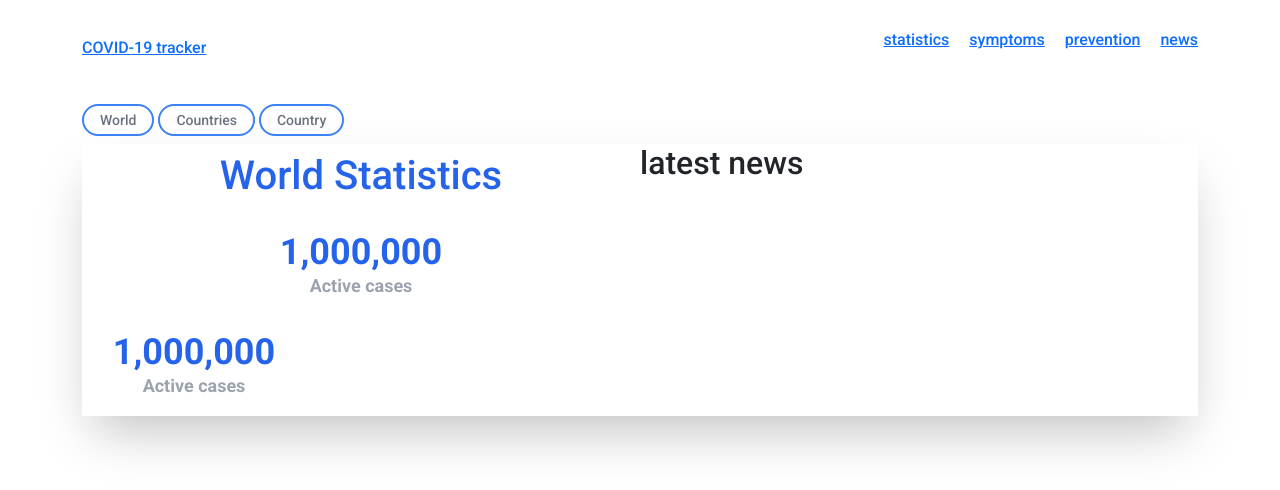
Repository: latenightsnacc/covid-19tracker
Page: design/index.html
These files come from the project's save history. The page is drawn as it stood at one moment and after the next save; the edit follows.
The browser window is 1280 px wide. The pictures show the whole page.
Some web libraries are served in a nearby version.

Above is the page before, as saved 2021-07-22 16:36:57.

### design/index.html
<!DOCTYPE html>
<html lang="en">
<head>
    <meta charset="UTF-8">
    <meta http-equiv="X-UA-Compatible" content="IE=edge">
    <meta name="viewport" content="width=device-width, initial-scale=1.0">
    <!--Tailwind Css-->
    <link href="https://unpkg.com/tailwindcss@^2/dist/tailwind.min.css" rel="stylesheet">
    <!--Bootstrap CSS-->
    <link href="https://cdn.jsdelivr.net/npm/bootstrap@5.0.0-beta3/dist/css/bootstrap.min.css" rel="stylesheet" integrity="sha384-eOJMYsd53ii+scO/bJGFsiCZc+5NDVN2yr8+0RDqr0Ql0h+rP48ckxlpbzKgwra6" crossorigin="anonymous">
    <!--Font Awesome 5 CDN-->
    <link href="https://cdnjs.cloudflare.com/ajax/libs/font-awesome/5.13.0/css/all.min.css" rel="stylesheet">
    <!--Roboto: Google Font-->
    <link rel="preconnect" href="https://fonts.googleapis.com">
<link rel="preconnect" href="https://fonts.gstatic.com" crossorigin>
<link href="https://fonts.googleapis.com/css2?family=Roboto:wght@300;500;700&display=swap" rel="stylesheet">
    <title>COVID-19 Tracker</title>
    <style>
        * {
            font-family: 'Roboto', sans-serif;
        }
        #coco {

            fill: rgb(1, 1, 58);
            stroke: rgb(95, 4, 80);
            stroke-width: 5px;
            animation: virus-spin infinite 20s linear;

        }

        @keyframes virus-spin {
            from {
                /* transform: rotate(0deg); */
                transform: rotateZ(0deg);
            }
            to {
                transform: rotateZ(-360deg);
            }
        }

    </style>
</head>
<body>
    <main class="m-auto">
        <!--Navigation Component-->
        <div class="container">
            <nav class="flex justify-between w-100 items-center h-24">
                <a href="index.html">
                    <div>COVID-19 tracker</div>
                </a>
                <ul class="flex">
                    <li>
                        <a href="">statistics</a>
                    </li>
                    <li class="ml-5">
                        <a href="">symptoms</a>
                    </li>
                    <li class="ml-5">
                        <a href="">prevention</a>
                    </li>
                    <li class="ml-5">
                        <a href="">news</a>
                    </li>
                </ul>
            </nav>
        </div>

        <div class="container">
            <div class="tags py-2">
                <button class="border-2 border-blue-500 px-3 py-1 rounded-2xl text-gray-500 hover:bg-blue-500 hover:text-white text-mute text-sm capitalize">world</button>
                <button class="border-2 border-blue-500 px-3 py-1 rounded-2xl text-gray-500 hover:bg-blue-500 hover:text-white text-mute text-sm capitalize">countries</button>
                <button class="border-2 border-blue-500 px-3 py-1 rounded-2xl text-gray-500 hover:bg-blue-500 hover:text-white text-mute text-sm capitalize">country</button>
            </div>
            <div class="flex flex-col md:flex-row  shadow-2xl">

                <div class="w-100 md:w-1/2">
                    <h1 class="text-blue-600 text-center py-2">World Statistics</h1>
                    <div class="stats">
                        <div class="w-56 flex flex-col items-center justify-center p-3 m-auto">
                            <span class="text-4xl text-blue-600 font-bold">1,000,000</span>
                            <span class="text-lg text-gray-400 font-bold">Active cases</span>
                        </div>
                        <div class="w-56 flex flex-col items-center justify-center p-3">
                            <span class="text-4xl text-blue-600 font-bold">1,000,000</span>
                            <span class="text-lg text-gray-400 font-bold">Active cases</span>
                        </div>
                    </div>

                </div>
                <div class="w-100 md:w-1/2">
                    <h2>latest news</h2>

                </div>

            </div>
        </div>
    </main>
</body>
</html>

After the next save:
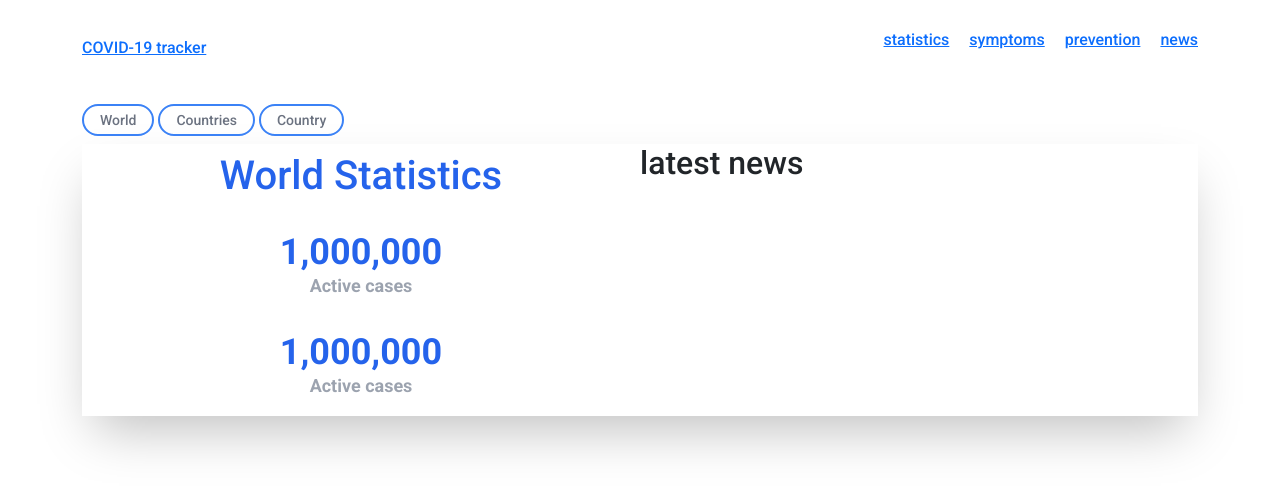
Saved 43 s later.
--- a/design/index.html
+++ b/design/index.html
@@ -80,10 +80,13 @@
                             <span class="text-4xl text-blue-600 font-bold">1,000,000</span>
                             <span class="text-lg text-gray-400 font-bold">Active cases</span>
                         </div>
-                        <div class="w-56 flex flex-col items-center justify-center p-3">
-                            <span class="text-4xl text-blue-600 font-bold">1,000,000</span>
-                            <span class="text-lg text-gray-400 font-bold">Active cases</span>
+                        <div class="flex justify-evenly">
+                            <div class="w-56 flex flex-col items-center justify-center p-3">
+                                <span class="text-4xl text-blue-600 font-bold">1,000,000</span>
+                                <span class="text-lg text-gray-400 font-bold">Active cases</span>
+                            </div>
                         </div>
+
                     </div>
 
                 </div>
